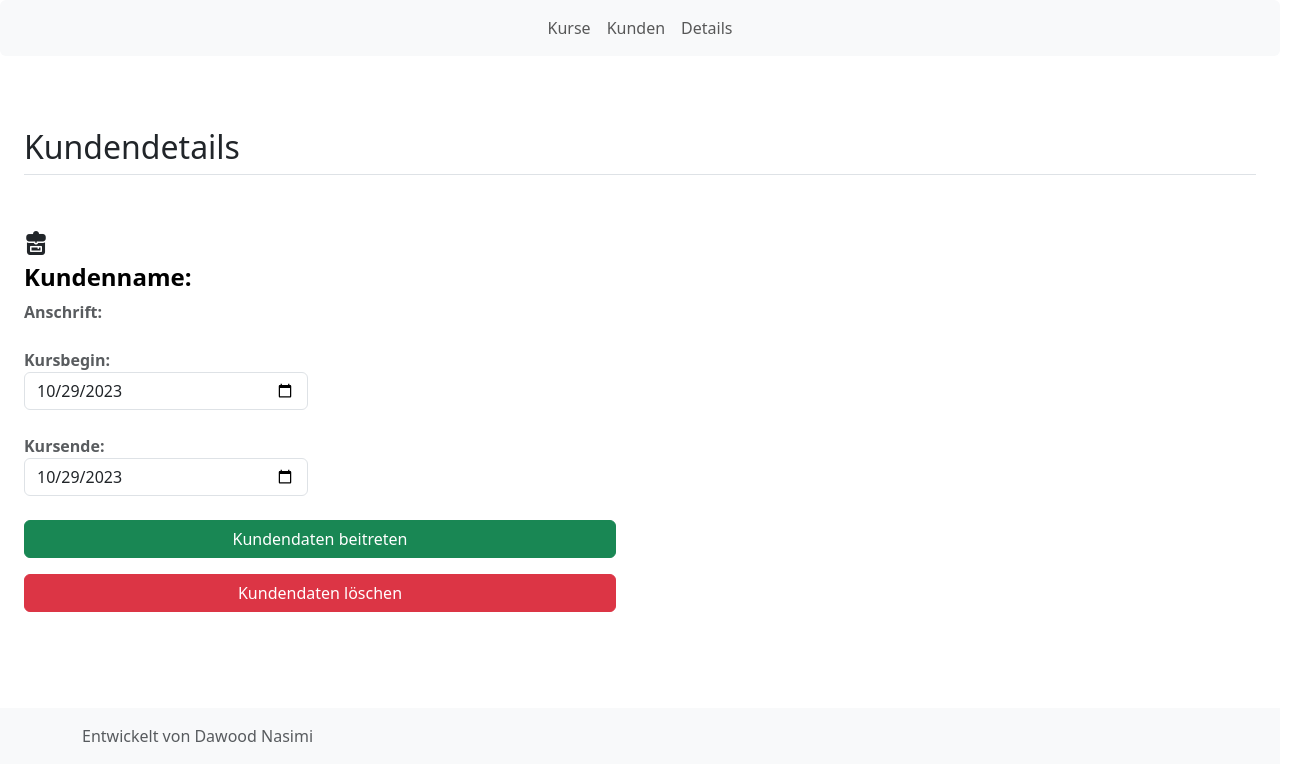
Repository: Dawoodnasimi/kurse
Page: templates/kunden/show.html.twig
An editor plug-in stored every save of this project. The page is shown before and after the next save, followed by the edit.
The browser window is 1280 px wide. The page is 1280 px wide, then 1296 px, then 1280 px, so the pictures cover 1296 px, including what lies to the right of the window. The pictures show the whole page.
The page is a Twig template of a Symfony application; nobody is signed in and links lead nowhere. Other server files are loaded and not shown. The template is opened directly, without the code that normally fills it, so the values that code supplies are empty.

Above is the page before, as saved 2023-10-29 12:35:47.

### templates/kunden/show.html.twig
{% extends 'base.html.twig' %}

{% block title %}
	Kunden
{% endblock %}

{% block body %}
	<div class="container-fluid px-4 py-5 kundendetails">
		<h2 class="pb-2 border-bottom">Kundendetails</h2>

		<div class="row row-cols-1 row-cols-md-2 align-items-md-center g-5 py-5">
			<div class="col d-flex flex-column gap-2">
				<div class="col">
					<div class="row row-cols-1 row-cols-sm-2 g-4">
						<div class="col d-flex flex-column gap-2">
							<div class="bi bi-backpack4-fill d-inline-flex align-items-center justify-content-start bg-gradient fs-4 rounded-3"></div>
							<h4 class="fw-semibold mb-0 text-body-emphasis"><strong>Kundenname: </strong>{{ kunde.name }}</h4>
							<p class="text-body-secondary"><strong>Anschrift: </strong>{{ kunde.anschrift }}</p>
							<p class="text-body-secondary"><strong>Kursbegin: </strong>
							<input type='date' class='form-control' id='date' name='date' value='{{ kunde.begin|date('Y-m-d') }}' required>
							</p>
							<p class="text-body-secondary"><strong>Kursende: </strong>
							<input type='date' class='form-control' id='date' name='date' value='{{ kunde.ende|date('Y-m-d') }}' required>
							</p>
						</div>
					</div>
				</div>

				<a href="{{ path('app_kunden') }}/bearbeiten/{{ kunde.id }}" class="btn btn-success mb-2" type="button">Kundendaten beitreten</a>
				<a href="{{ path('app_kunden') }}/loeschen/{{ kunde.id }}" class="btn btn-danger" type="button">Kundendaten löschen</a>

			</div>

		</div>
	</div>
{% endblock %}

### templates/base.html.twig
<!DOCTYPE html>
<html>
	<head>
		<meta charset="UTF-8">
		<title>
			{% block title %}
			Kurse
			{% endblock %}
		</title>

		{% block stylesheets %}
		{{ encore_entry_link_tags('app') }}
		<link href="https://cdn.jsdelivr.net/npm/bootstrap@5.3.2/dist/css/bootstrap.min.css" rel="stylesheet" integrity="sha384-T3c6CoIi6uLrA9TneNEoa7RxnatzjcDSCmG1MXxSR1GAsXEV/Dwwykc2MPK8M2HN" crossorigin="anonymous">
		<link rel="stylesheet" href="https://cdn.jsdelivr.net/npm/bootstrap-icons@1.11.1/font/bootstrap-icons.css">

		{% endblock %}


		{% block javascripts %}
		{{ encore_entry_script_tags('app') }}

		<script src="https://cdn.jsdelivr.net/npm/bootstrap@5.3.2/dist/js/bootstrap.bundle.min.js" integrity="sha384-C6RzsynM9kWDrMNeT87bh95OGNyZPhcTNXj1NW7RuBCsyN/o0jlpcV8Qyq46cDfL" crossorigin="anonymous"></script>

		{% endblock %}

	</head>

	<body>

{% block header %}
    <nav class="navbar navbar-expand-lg bg-body-tertiary rounded" aria-label="Twelfth navbar example">
        <div class="container-fluid">
            <button class="navbar-toggler" type="button" data-bs-toggle="collapse" data-bs-target="#navbars_ziff" aria-controls="navbars_ziff" aria-expanded="false" aria-label="Toggle navigation">
                <span class="navbar-toggler-icon"></span>
            </button>

            <div class="collapse navbar-collapse justify-content-md-center" id="navbars_ziff">
                <ul class="navbar-nav">
                    <li class="nav-item">
                        <a class="nav-link {% if app.request.attributes.get('_route') == 'app_kurse' %}active{% endif %}" aria-current="page" href="{{ path('app_kurse') }}">Kurse</a>
                    </li>
                    <li class="nav-item">
                        <a class="nav-link {% if app.request.attributes.get('_route') == 'app_kunden' %}active{% endif %}" href="{{ path('app_kunden') }}">Kunden</a>
                    </li>
                    <li class="nav-item">
                        <a class="nav-link {% if app.request.attributes.get('_route') == 'app_details' %}active{% endif %}" href="{{ path('app_details') }}">Details</a>
                    </li>
                </ul>
            </div>
        </div>
    </nav>
	<br>
{% endblock %}

{% block body %}{% endblock %}

{% block footer %}
		<footer class="footer mt-auto py-3 bg-body-tertiary">
			<div class="container">
				<span class="text-muted">Entwickelt von Dawood Nasimi</span>
			</div>
		</footer>
{% endblock %}

	</body>
</html>

Loaded but not shown: webpack.config.js (common file)

After the next save:
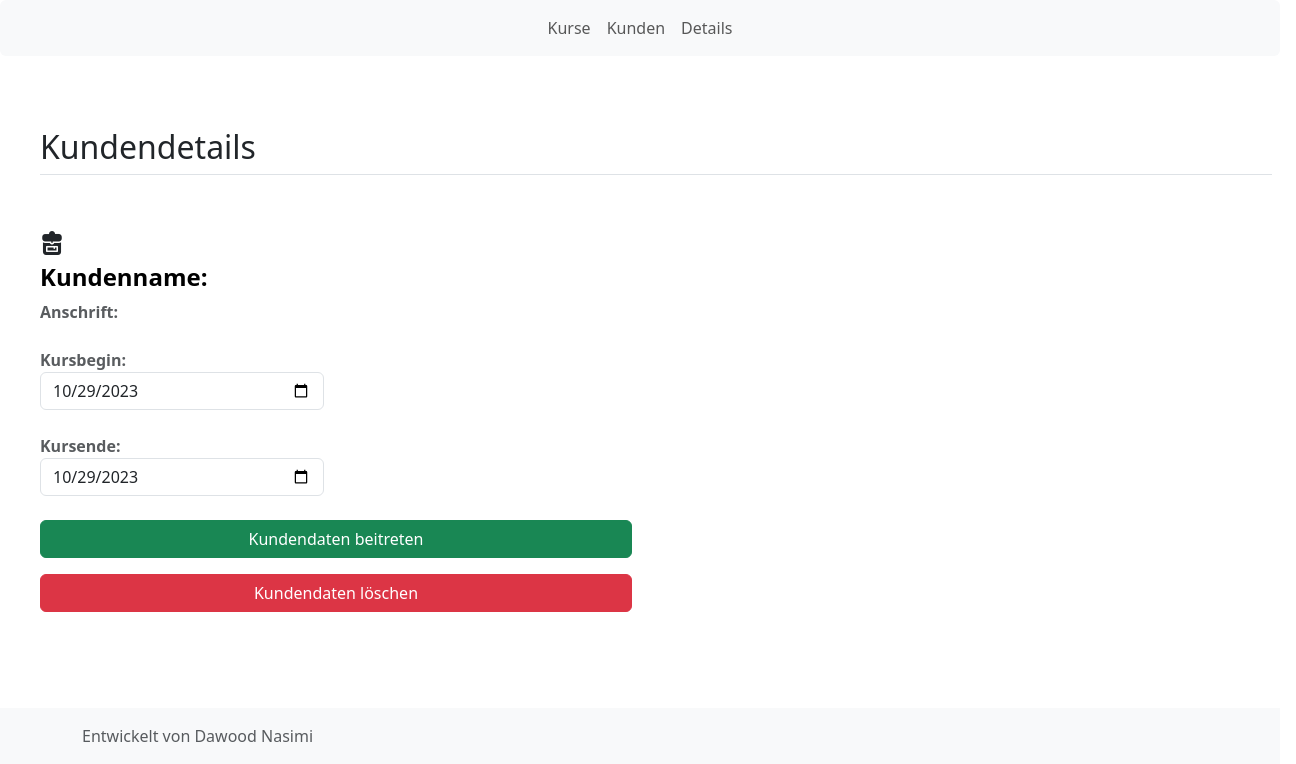
Saved 13 s later.
--- a/templates/kunden/show.html.twig
+++ b/templates/kunden/show.html.twig
@@ -5,7 +5,7 @@
 {% endblock %}
 
 {% block body %}
-	<div class="container-fluid px-4 py-5 kundendetails">
+	<div class="container-fluid mx-3 px-4 py-5 kundendetails">
 		<h2 class="pb-2 border-bottom">Kundendetails</h2>
 
 		<div class="row row-cols-1 row-cols-md-2 align-items-md-center g-5 py-5">

After the save that followed:
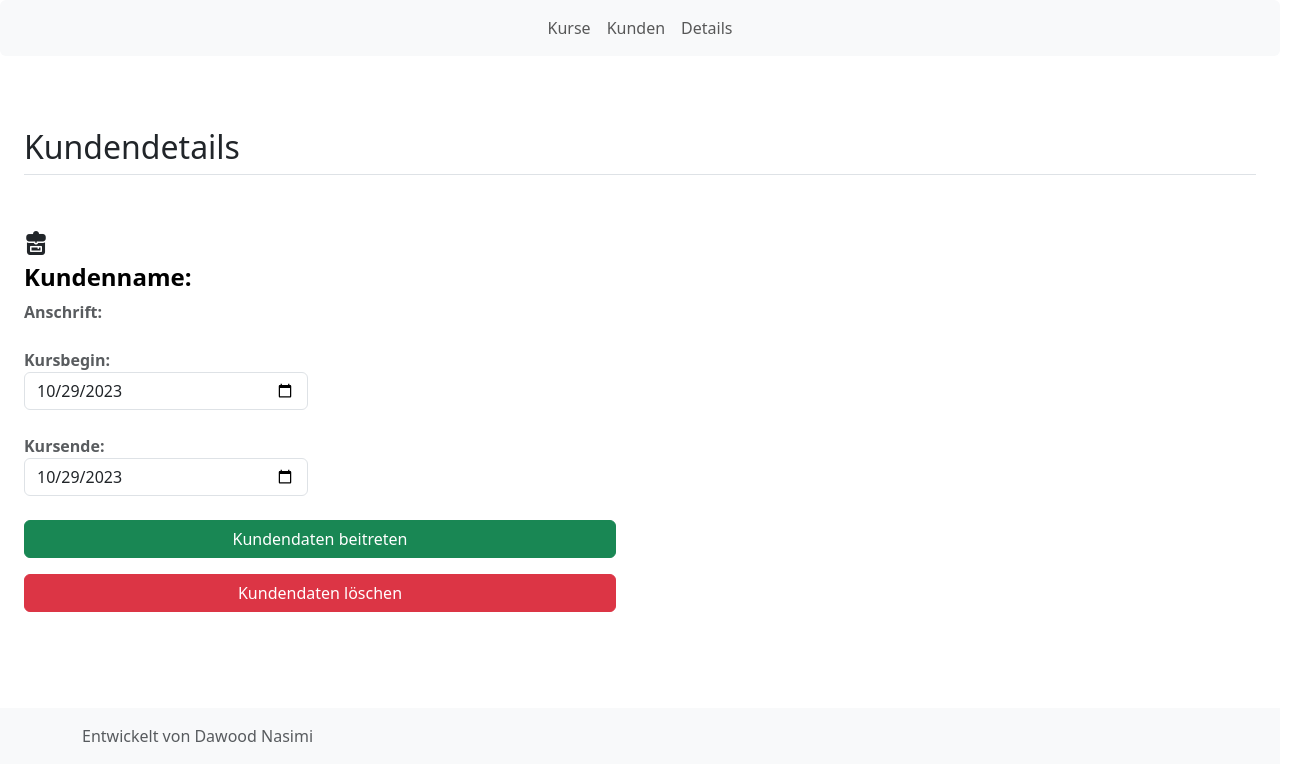
Saved 10 s later.
--- a/templates/kunden/show.html.twig
+++ b/templates/kunden/show.html.twig
@@ -5,7 +5,7 @@
 {% endblock %}
 
 {% block body %}
-	<div class="container-fluid mx-3 px-4 py-5 kundendetails">
+	<div class="container-fluid mx-7 px-4 py-5 kundendetails">
 		<h2 class="pb-2 border-bottom">Kundendetails</h2>
 
 		<div class="row row-cols-1 row-cols-md-2 align-items-md-center g-5 py-5">
